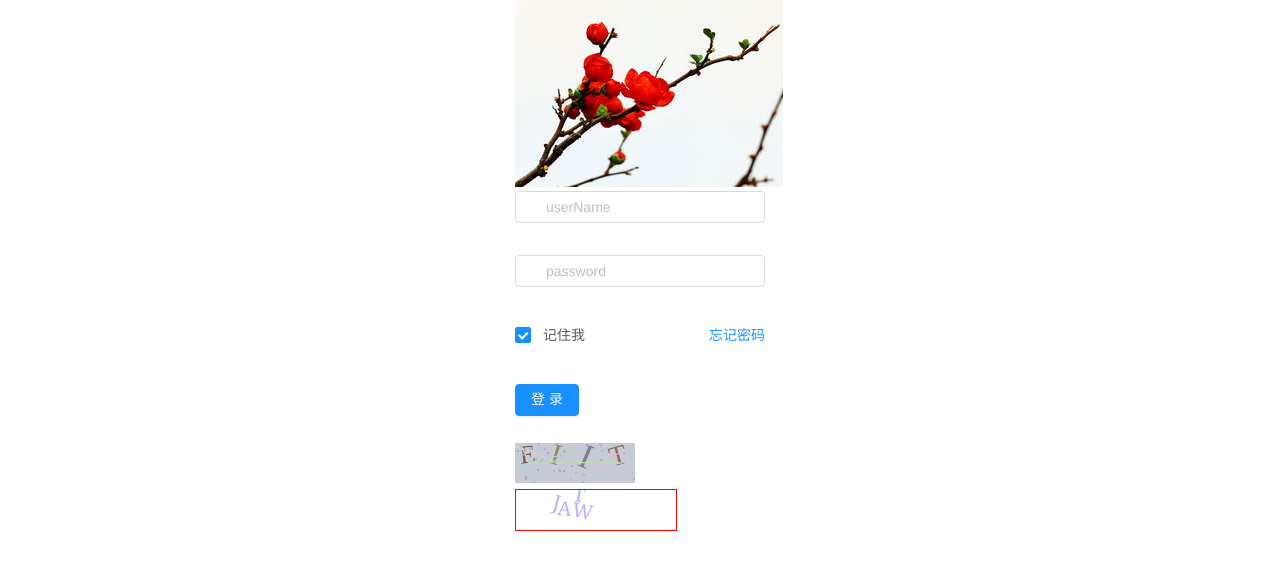
Repository: zhongdm/vue-vuex-antd
Page: /#/login
The author's editor kept a copy of each file at every save. The page is drawn from the files as they stood at one save, then again after the next save.
The browser window is 1280 px wide. The pictures show the whole page.
The project was rebuilt for these pictures with package versions that can differ from the ones it lists, and the page was loaded fresh each time.

Above is the page before, as saved 2019-03-15 15:17:00.

After the next save:
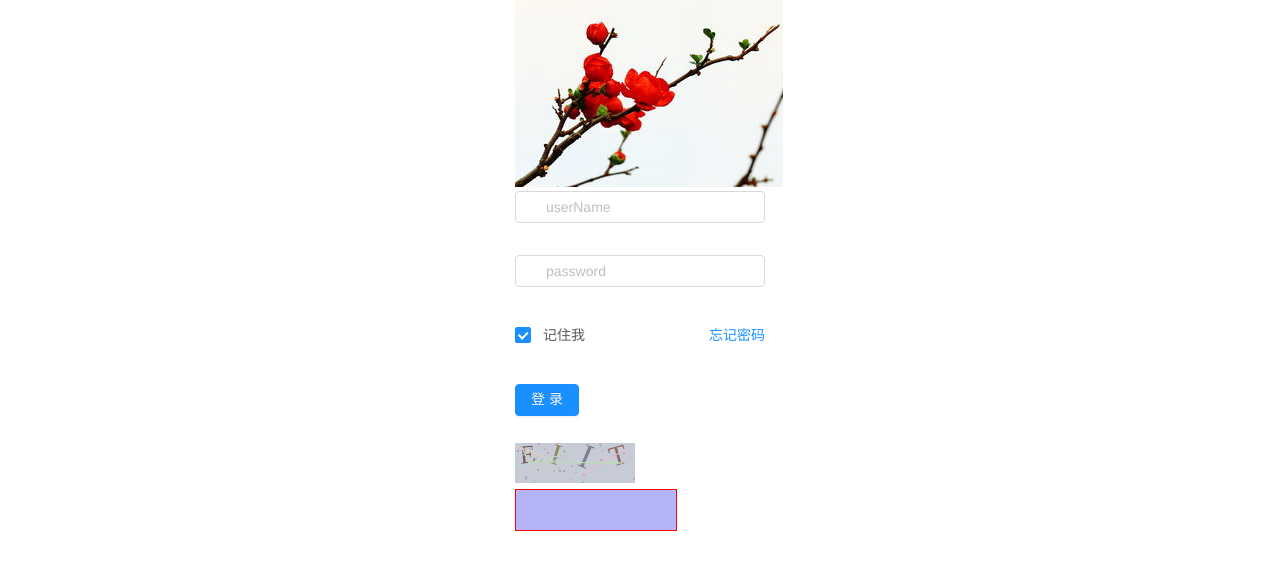
Saved 44 s later.
--- a/src/components/CustomValidationCode.vue
+++ b/src/components/CustomValidationCode.vue
@@ -42,6 +42,7 @@ export default {
       let g = 180
      let b = 250
       cxt.fillStyle = `rgb(${r},${g},${b})`
+      cxt.fillRect(0, 0, 160, 40)
       for (let i = 0; i < 4; i++) {
         // cxt.save()
         let text = String.fromCharCode(this.getIntRandom(26, 'A'.charCodeAt()))
